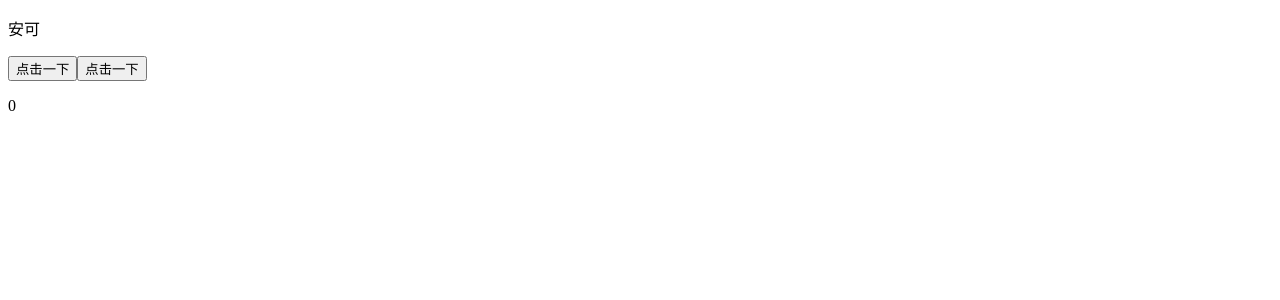
Repository: weianke/bike-admin
Page: /
The author's editor kept a copy of each file at every save. The page is drawn from the files as they stood at one save, then again after a run of saves.
The browser window is 1280 px wide. The pictures show the whole page.
The project was rebuilt for these pictures with package versions that can differ from the ones it lists, and the page was loaded fresh each time. Also part of the build but not shown: src/pages/demo/index.css.

Above is the page before, as saved 2018-09-16 15:28:42.

### src/index.js
import React from 'react';
import ReactDOM from 'react-dom';
import './index.css';
import Life from './pages/demo/life';
import registerServiceWorker from './registerServiceWorker';

ReactDOM.render( < Life / > , document.getElementById('root'));
registerServiceWorker();

### src/pages/demo/life.js
import React from 'react'

export default class Life extends React.Component {
  constructor(props) {
    super(props);
    this.state = {
      count: 0
    };
  }

  handleAdd = () => {
    this.setState({
      count: this.state.count + 1
    })
  }

  handleClick() {

  }

  render() {
    var style = {
      padding: 10
    }
    return <div style = {
      {
        style
      }
    } >
      <p>安可</p>
      <button onClick={this.handleAdd}>点击一下</button>
      < button onClick = {this.handleClick.bind(this)} >点击一下</button>
      <p>{this.state.count}</p>
    </div>
  }
}

Loaded but not shown: public/index.html (common file); src/registerServiceWorker.js (common file)

After the next 2 saves:
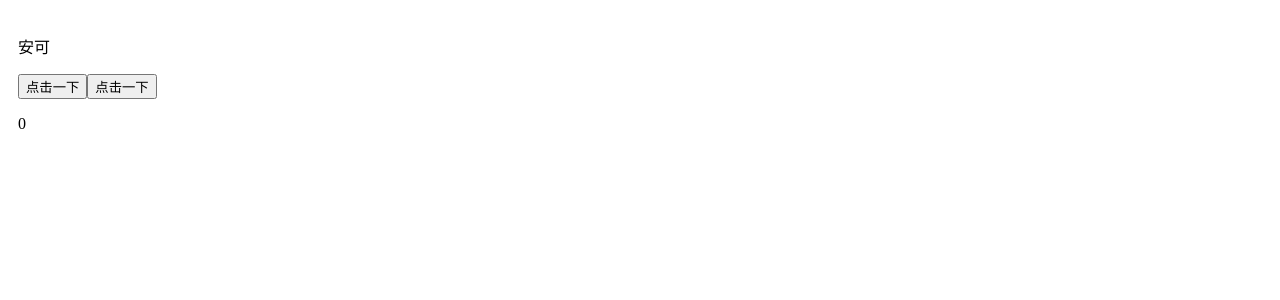
The 2 saves are shown as one change because 1 did not build or start.
The last was saved 17 s later.
--- a/src/pages/demo/life.js
+++ b/src/pages/demo/life.js
@@ -22,11 +22,7 @@ export default class Life extends React.Component {
     var style = {
       padding: 10
     }
-    return <div style = {
-      {
-        style
-      }
-    } >
+    return <div style = {style} >
       <p>安可</p>
       <button onClick={this.handleAdd}>点击一下</button>
       < button onClick = {this.handleClick.bind(this)} >点击一下</button>
